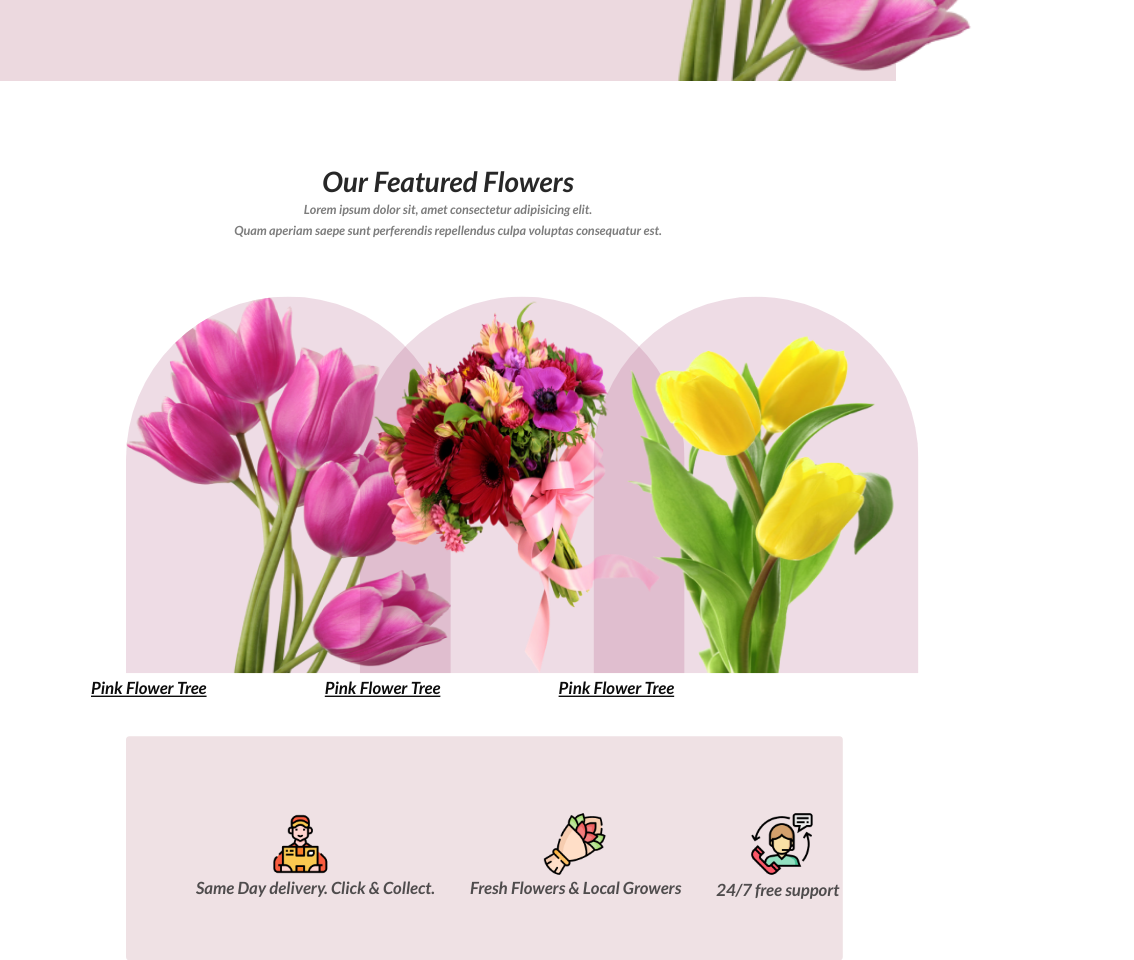
Repository: AnitaAkter/anita-flower-shop
Page: index.html
The author's editor kept a copy of each file at every save. The page is drawn from the files as they stood at one save, then again after the next save.
The browser window is 1280 px wide. The page is 1393 px wide, then 1620 px, then 1393 px, so the pictures cover 1620 px, including what lies to the right of the window. The pictures show the part of the page from y = 684 to 2204 px (the page is 2056 px tall before and 2204 px after), at 70% of full size.

Above is the page before, as saved 2023-09-05 22:19:22.

### index.html
<!DOCTYPE html>
<html lang="en">

<head>
    <meta charset="UTF-8">
    <meta http-equiv="X-UA-Compatible" content="IE=edge">
    <meta name="viewport" content="width=device-width, initial-scale=1.0">
    <title>Anita's Flower Shop</title>
    <link rel="preconnect" href="https://fonts.googleapis.com">
    <link rel="preconnect" href="https://fonts.gstatic.com" crossorigin>
    <link href="https://fonts.googleapis.com/css2?family=Lato:ital,wght@1,700&display=swap" rel="stylesheet">
    <link rel="stylesheet" href="style.css">
</head>

<body>
    <div>
        <!-- /* Header -section start */ -->
        <header>
            <div class="header-intro">
                <h1>Let's make <br> beautiful Flowers a <br>part of your Life.</h1>
                <div class="header-p">
                    <p>Lorem ipsum dolor sit amet consectetur adipisicing elit. Vitae fugit dolorum deleniti, quae ea
                        error
                        iste rerum mollitia animi architecto. Distinctio voluptates doloribus commodi ipsum unde facere
                        assumenda corrupti cum!</p>
                </div>
                <button class="header-btn">Shop Now</button>
            </div>
            <div class="header-pic">
                <img src="images/pngwing 6.png" alt="">
            </div>
        </header>
        <!-- /* Header -section end */ -->
        <main>
            <div class="flowers-info">
                <h3>Our Featured Flowers</h3>
                <p>Lorem ipsum dolor sit, amet consectetur adipisicing elit. <br>
                    Quam aperiam saepe sunt perferendis repellendus culpa voluptas consequatur est.
                </p>
            </div>
            <div class="flowers-add">
                <div class="flowers-img">
                    <div class="flowers">
                        <img src="images/pngwing 6.png" alt="">
                        <p> <u>Pink Flower Tree</u> </p>
                    </div>
                    <div class="flowers">
                        <img src="images/pngwing 5.png" alt="">
                        <p><u>Pink Flower Tree</u></p>
                    </div>
                    <div class="flowers">
                        <img src="images/pngwing 7.png" alt="">
                        <p><u>Pink Flower Tree</u></p>
                    </div>

                </div>
            </div>






            <!-- Delivery section start -->
            <div class="delivery">
                <div class="delivery-img">
                    <div class="d-img">
                        <img src="images/Group 57.png" alt="">
                        <p>Same Day delivery. Click & Collect.</p>
                    </div>
                    <div class="d-img">
                        <img src="images/Group 58.png" alt="">
                        <p>Fresh Flowers & Local Growers</p>
                    </div>
                    <div>
                        <img src="images/Group 59.png" alt="">
                        <p>24/7 free support</p>
                    </div>
                </div>
            </div>
            <!-- Delivery section start -->
        </main>

    </div>
</body>

</html>

### style.css
/* Header -section start */

* {
    margin: 0;
    padding: 0;
    box-sizing: border-box;
}

body {
    font-family: 'Lato', sans-serif;
    font-weight: 900;
    width: 100%;
}

header {
    display: flex;
    background-color: hsl(342, 34%, 89%);
    width: 100%;
    height: 800px;
}

.header-intro {
    margin-top: 80px;
    margin-left: 50px;
    width: 708px;
    height: 506px;


}

.header-intro h1 {
    color: #272727;
    text-shadow: 0px 4px 4px rgba(0, 0, 0, 0.25);
    font-family: Lato;
    font-size: 80px;
    font-style: normal;
    font-weight: 800;
    line-height: normal;
    width: 708px;
    height: 310px;


}

.header-p {
    color: rgba(39, 39, 39, 0.60);
    font-family: Lato;
    font-size: 18px;
    font-style: normal;
    font-weight: 400;
    line-height: 30px;
    width: 634px;
    height: 120px;
    gap: 32px;



    /* 166.667% */
}

.header-btn {
    background-color: #E55473;
    border-radius: 5px;
    border: none;
    color: white;
    font-size: 15px;
    display: inline-flex;
    padding: 20px 43px;
    align-items: flex-start;
    gap: 10px;

}

.header-pic {
    width: 635px;
    height: 800px;
    margin-bottom: 0%;
    margin-right: auto;

}


.header-pic img {
    width: 635px;
    height: 800px;
    margin-bottom: 0%;
}

/* Header -section end */


/* flowers info styles */
.flowers-info {
    margin-top: 120px;
}

.flowers-info h3 {
    color: #272727;
    text-align: center;
    font-family: Lato;
    font-size: 40px;
    font-style: normal;
    font-weight: 800;
    line-height: normal;
}

.flowers-info p {
    color: rgba(39, 39, 39, 0.60);
    text-align: center;
    font-family: Lato;
    font-size: 18px;
    font-style: normal;
    font-weight: 400;
    line-height: 30px;
    /* 166.667% */
}


.flowers-add {
    margin-top: 80px;
    align-items: center;

    margin-bottom: 200px;
    margin-left: 180px;
    margin-right: 140px;

}

.flowers-img {
    display: flex;
    align-items: center;
    gap: 24px;

}

.flowers-img img {
    width: 464px;
    height: 538px;
    display: inline-flex;
    background-image: url('/images/Rectangle\ 3\ \(1\).png');
    align-content: center;
    border-radius: 300px 300px 0px 0px;
    background: rgba(139, 24, 81, 0.15);
    gap: 24px;

}

.flowers-img p {
    color: rgba(0, 0, 0, 0.951);

    font-family: Lato;
    font-size: 24px;
    font-style: normal;
    font-weight: 600;
    line-height: 35px;
    margin-left: -50px;
}

.flowers {

    width: 310px;
    height: 428px;
    flex-shrink: 0;
    align-content: center;

}





/* delivery section start */
.delivery {
    margin-top: 100px;
    margin-left: 180px;
    margin-right: 140px;
    background-color: #efe1e4;
    display: flex;
    width: 80%;
    height: 320px;
    border-radius: 5px;
    padding: 30px;
}

.delivery-img p {
    color: rgba(39, 39, 39, 0.80);

    font-family: Lato;
    font-size: 24px;
    font-style: normal;
    font-weight: 600;
    line-height: 35px;
    margin-left: -50px;


}

.delivery-img {
    display: inline-flex;
    margin-top: 80px;
    margin-left: 120px;
    gap: 100px;
    height: 30px;
    align-content: center;
    position: absolute;

}

.d-img img {
    display: grid;
    justify-content: center;
    margin-left: 55px;

}

After the next save:
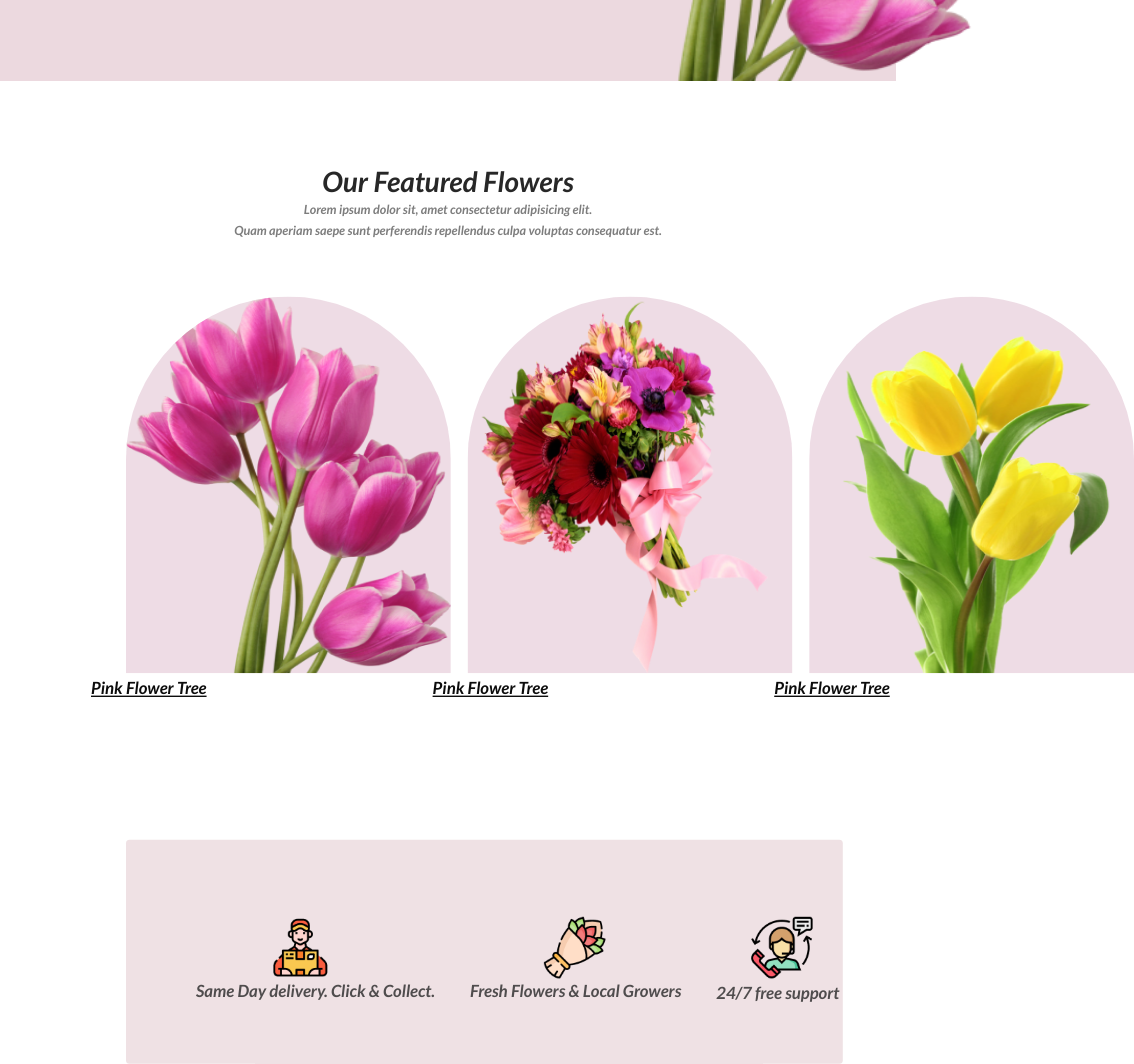
Saved 43 s later.
--- a/style.css
+++ b/style.css
@@ -156,14 +156,7 @@
     margin-left: -50px;
 }
 
-.flowers {
-
-    width: 310px;
-    height: 428px;
-    flex-shrink: 0;
-    align-content: center;
-
-}
+
 
 
 

After the save that followed:
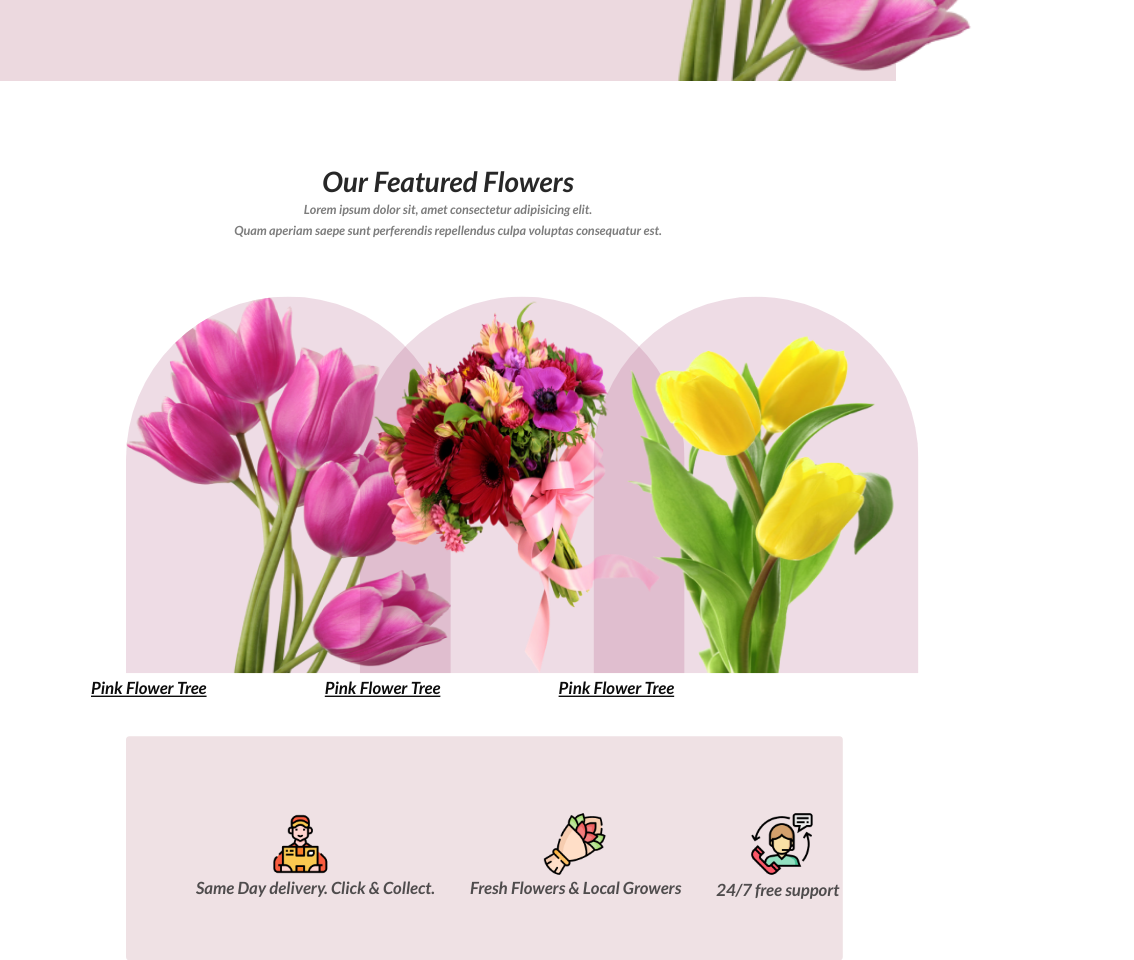
Saved 18 s later.
--- a/style.css
+++ b/style.css
@@ -156,7 +156,14 @@
     margin-left: -50px;
 }
 
-
+.flowers {
+
+    width: 310px;
+    height: 428px;
+    flex-shrink: 0;
+    align-content: center;
+
+}
 
 
 
